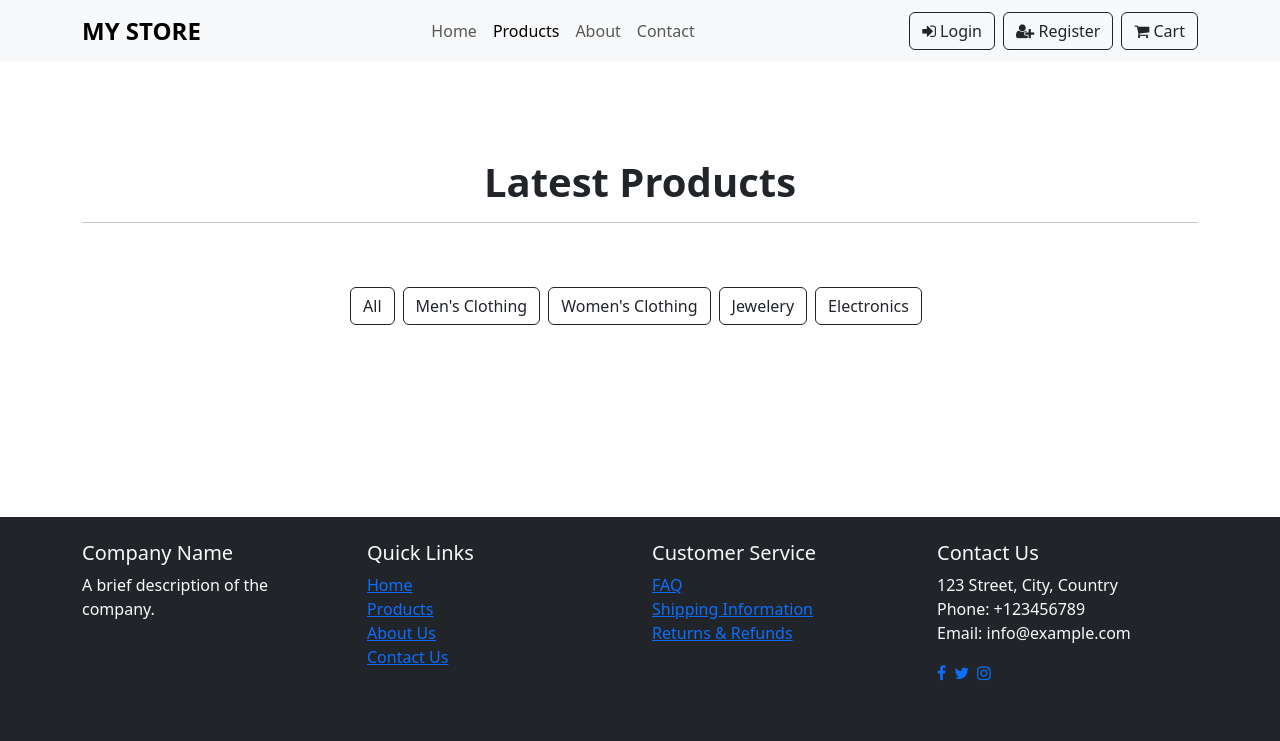
Repository: asad3407886839/E-commerce-Store
Page: /products (app in vite-project/)
An editor plug-in stored every save of this project. The page is shown before and after the next save, followed by the edit.
The browser window is 1280 px wide. The pictures show the whole page.
The page's requests for data from a server got no answer. The project was rebuilt for these pictures with package versions that can differ from the ones it lists, and the page was loaded fresh each time. No one was signed in, and anything a server would have sent is missing. Also part of the build but not shown: vite-project/vite.config.js, vite-project/src/components/Home.jsx, vite-project/src/components/Product.jsx, vite-project/src/index.css.

Above is the page before, as saved 2024-06-30 00:57:30.

### vite-project/src/main.jsx
import React from 'react';
import ReactDOM from 'react-dom/client';
import App from './App.jsx';
import './index.css';
import 'bootstrap/dist/css/bootstrap.min.css';
import 'bootstrap/dist/js/bootstrap.bundle';
import 'font-awesome/css/font-awesome.min.css';


ReactDOM.createRoot(document.getElementById('root')).render(

    <App />

);

### vite-project/src/App.jsx
// App.js
import React from 'react';
import Navbar from './components/Navbar';
import Home from './components/Home';
import Products from './components/Products';
import Product from './components/Product';
import { BrowserRouter, Routes, Route } from 'react-router-dom';
import Footer from './components/Footer';

const App = () => {
  return (
    <div>
      <BrowserRouter>
        <Navbar />
        <Routes>
          <Route path="/" element={<Home />} />
          <Route path="/products" element={<Products />} />
          <Route path="/products/:id" element={<Product />} />
        </Routes>
        <Footer/>
      </BrowserRouter>
    </div>
  );
};

export default App;

### vite-project/src/components/Navbar.jsx
import React from 'react';
import { NavLink } from 'react-router-dom';

const Navbar = () => {
  return (
    <div>
      <nav className="navbar navbar-expand-lg navbar-light bg-light">
        <div className="container">
          <NavLink className="navbar-brand fw-bold fs-4" to="/">MY STORE</NavLink>
          <button
            className="navbar-toggler"
            type="button"
            data-bs-toggle="collapse"
            data-bs-target="#navbarSupportedContent"
            aria-controls="navbarSupportedContent"
            aria-expanded="false"
            aria-label="Toggle navigation"
          >
            <span className="navbar-toggler-icon"></span>
          </button>
          <div className="collapse navbar-collapse" id="navbarSupportedContent">
            <ul className="navbar-nav mx-auto mb-2 mb-lg-0">
              <li className="nav-item">
                <NavLink className="nav-link" exact to="/">Home</NavLink>
              </li>
              <li className="nav-item">
                <NavLink className="nav-link" to="/products">Products</NavLink>
              </li>
              <li className="nav-item">
                <NavLink className="nav-link" to="/about">About</NavLink>
              </li>
              <li className="nav-item">
                <NavLink className="nav-link" to="/contact">Contact</NavLink>
              </li>
            </ul>
            <div className="buttons">
              <NavLink to="/login" className="btn btn-outline-dark">
                <i className="fa fa-sign-in"></i> Login
              </NavLink>
              <NavLink to="/register" className="btn btn-outline-dark ms-2">
                <i className="fa fa-user-plus"></i> Register
              </NavLink>
              <NavLink to="/cart" className="btn btn-outline-dark ms-2">
                <i className="fa fa-shopping-cart"></i> Cart
              </NavLink>
            </div>
          </div>
        </div>
      </nav>
    </div>
  );
};

export default Navbar;

### vite-project/src/components/Products.jsx
import React, { useState, useEffect } from 'react';
import { Link } from 'react-router-dom';

const Products = () => {
  const [data, setData] = useState([]);
  const [filter, setFilter] = useState([]);
  const [loading, setLoading] = useState(false);
  let componentMounted = true;

  useEffect(() => {
    const fetchProducts = async () => {
      setLoading(true);
      try {
        const response = await fetch('https://fakestoreapi.com/products');
        const result = await response.json();
        if (componentMounted) {
          setData(result);
          setFilter(result);
          setLoading(false);
        }
      } catch (error) {
        console.error("Error fetching data:", error);
        setLoading(false);
      }
    };

    fetchProducts();

    return () => {
      componentMounted = false;
    };
  }, []);

  if (loading) {
    return <div>Loading...</div>;
  }

  const showProducts = () => {
    return (
      <>
        <div className="buttons d-flex justify-content-center mb-5 pb-5">
          <button className="btn btn-outline-dark me-2" onClick={() => setFilter(data)}>All</button>
          <button className="btn btn-outline-dark me-2" onClick={() => setFilter(data.filter(product => product.category === 'men\'s clothing'))}>Men's Clothing</button>
          <button className="btn btn-outline-dark me-2" onClick={() => setFilter(data.filter(product => product.category === 'women\'s clothing'))}>Women's Clothing</button>
          <button className="btn btn-outline-dark me-2" onClick={() => setFilter(data.filter(product => product.category === 'jewelery'))}>Jewelery</button>
          <button className="btn btn-outline-dark me-2" onClick={() => setFilter(data.filter(product => product.category === 'electronics'))}>Electronics</button>
        </div>
        <div className="row">
          {filter.map((product) => (
            <div className="col-md-3 mb-4" key={product.id}>
              <div className="card h-100 text-center p-3 fw-bolder">
                <img
                  src={product.image}
                  className="card-img-top"
                  alt={product.title}
                  height="250px"
                />
                <div className="card-body">
                  <h5 className="card-title">{product.title}</h5>
                  <p className="card-text">${product.price}</p>
                  <Link to={`/products/${product.id}`} className="btn btn-outline-dark ms-2">
                    Buy Now
                  </Link>
                </div>
              </div>
            </div>
          ))}
        </div>
      </>
    );
  };

  return (
    <div className="container my-5 py-5">
      <div className="row">
        <div className="col-12 mb-5">
          <h1 className="display-6 fw-bolder text-center">Latest Products</h1>
          <hr />
        </div>
      </div>
      <div className="row justify-content-center">
        {showProducts()}
      </div>
    </div>
  );
};

export default Products;

### vite-project/src/components/Footer.jsx
// components/Footer.js
import React from 'react';
import { Link } from 'react-router-dom';

const Footer = () => {
  return (
    <footer className="bg-dark text-light py-4">
      <div className="container">
        <div className="row">
          <div className="col-md-3 mb-3">
            <h5>Company Name</h5>
            <p>A brief description of the company.</p>
          </div>
          <div className="col-md-3 mb-3">
            <h5>Quick Links</h5>
            <ul className="list-unstyled">
              <li><Link to="/">Home</Link></li>
              <li><Link to="/products">Products</Link></li>
              <li><Link to="/about">About Us</Link></li>
              <li><Link to="/contact">Contact Us</Link></li>
            </ul>
          </div>
          <div className="col-md-3 mb-3">
            <h5>Customer Service</h5>
            <ul className="list-unstyled">
              <li><Link to="/faq">FAQ</Link></li>
              <li><Link to="/shipping">Shipping Information</Link></li>
              <li><Link to="/returns">Returns & Refunds</Link></li>
            </ul>
          </div>
          <div className="col-md-3 mb-3">
            <h5>Contact Us</h5>
            <p>123 Street, City, Country<br />Phone: +123456789<br />Email: info@example.com</p>
            <ul className="list-unstyled list-inline">
              <li className="list-inline-item"><a href="#"><i className="fa fa-facebook"></i></a></li>
              <li className="list-inline-item"><a href="#"><i className="fa fa-twitter"></i></a></li>
              <li className="list-inline-item"><a href="#"><i className="fa fa-instagram"></i></a></li>
            </ul>
          </div>
        </div>
      </div>
    </footer>
  );
};

export default Footer;

Loaded but not shown: vite-project/index.html (common file)

After the next save:
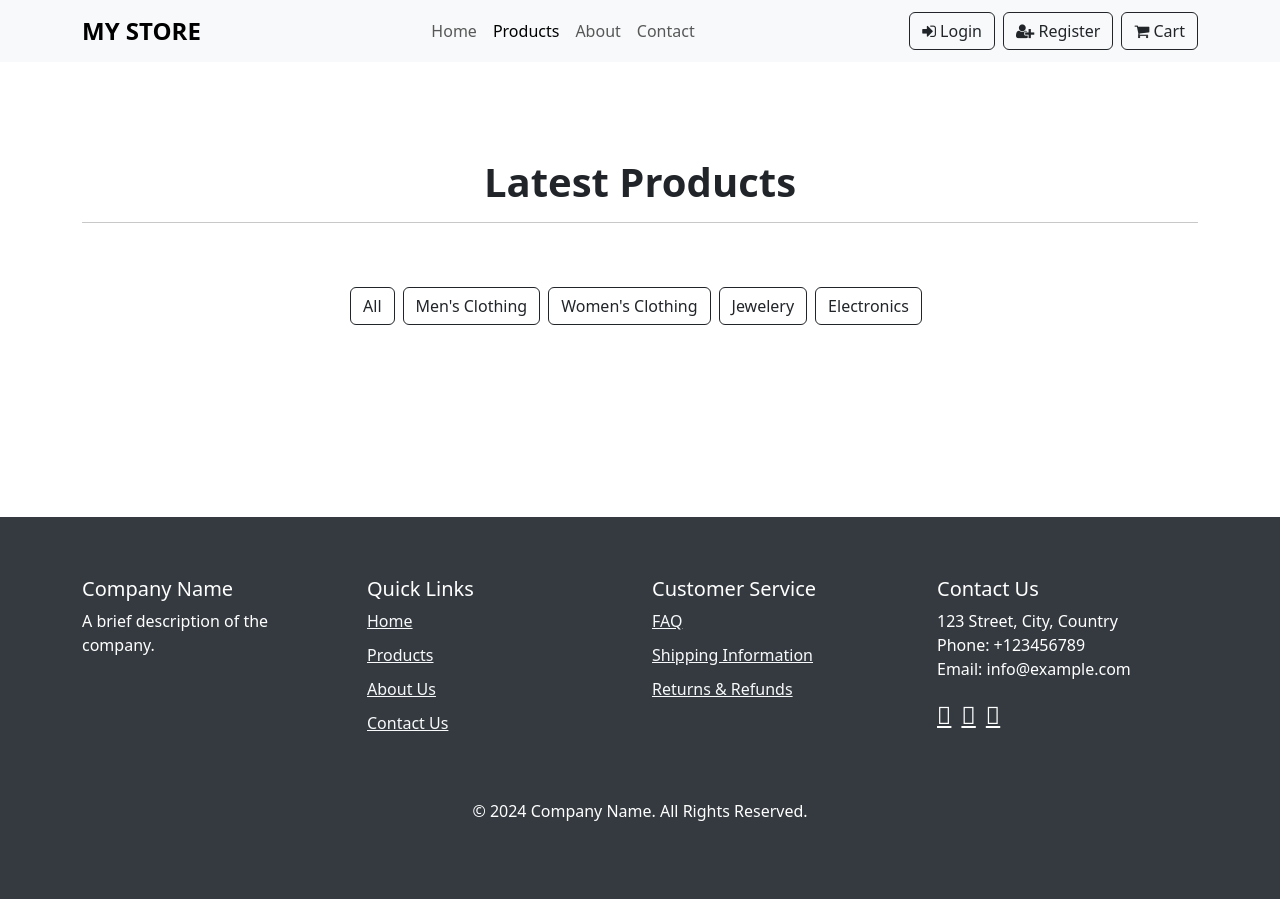
Saved 107 s later.
--- a/vite-project/src/components/Footer.jsx
+++ b/vite-project/src/components/Footer.jsx
@@ -3,41 +3,73 @@ import React from 'react';
 import { Link } from 'react-router-dom';
 
 const Footer = () => {
+  const footerStyle = {
+    backgroundColor: '#343a40',
+    color: '#fff',
+    padding: '60px 0',
+  };
+
+  const listStyle = {
+    padding: 0,
+    listStyle: 'none',
+  };
+
+  const listItemStyle = {
+    marginBottom: '10px',
+  };
+
+  const socialIconsStyle = {
+    display: 'inline-block',
+    marginRight: '10px',
+  };
+
+  const socialIconLinkStyle = {
+    color: '#fff',
+    fontSize: '24px',
+  };
+
+  const socialIconLinkHoverStyle = {
+    color: '#ffc107',
+  };
+
   return (
-    <footer className="bg-dark text-light py-4">
+    <footer style={footerStyle}>
       <div className="container">
         <div className="row">
-          <div className="col-md-3 mb-3">
+          <div className="col-md-3 mb-4">
             <h5>Company Name</h5>
             <p>A brief description of the company.</p>
           </div>
-          <div className="col-md-3 mb-3">
+          <div className="col-md-3 mb-4">
             <h5>Quick Links</h5>
-            <ul className="list-unstyled">
-              <li><Link to="/">Home</Link></li>
-              <li><Link to="/products">Products</Link></li>
-              <li><Link to="/about">About Us</Link></li>
-              <li><Link to="/contact">Contact Us</Link></li>
+            <ul style={listStyle}>
+              <li style={listItemStyle}><Link to="/" className="text-light">Home</Link></li>
+              <li style={listItemStyle}><Link to="/products" className="text-light">Products</Link></li>
+              <li style={listItemStyle}><Link to="/about" className="text-light">About Us</Link></li>
+              <li style={listItemStyle}><Link to="/contact" className="text-light">Contact Us</Link></li>
             </ul>
           </div>
-          <div className="col-md-3 mb-3">
+          <div className="col-md-3 mb-4">
             <h5>Customer Service</h5>
-            <ul className="list-unstyled">
-              <li><Link to="/faq">FAQ</Link></li>
-              <li><Link to="/shipping">Shipping Information</Link></li>
-              <li><Link to="/returns">Returns & Refunds</Link></li>
+            <ul style={listStyle}>
+              <li style={listItemStyle}><Link to="/faq" className="text-light">FAQ</Link></li>
+              <li style={listItemStyle}><Link to="/shipping" className="text-light">Shipping Information</Link></li>
+              <li style={listItemStyle}><Link to="/returns" className="text-light">Returns & Refunds</Link></li>
             </ul>
           </div>
-          <div className="col-md-3 mb-3">
+          <div className="col-md-3 mb-4">
             <h5>Contact Us</h5>
             <p>123 Street, City, Country<br />Phone: +123456789<br />Email: info@example.com</p>
-            <ul className="list-unstyled list-inline">
-              <li className="list-inline-item"><a href="#"><i className="fa fa-facebook"></i></a></li>
-              <li className="list-inline-item"><a href="#"><i className="fa fa-twitter"></i></a></li>
-              <li className="list-inline-item"><a href="#"><i className="fa fa-instagram"></i></a></li>
+            <ul className="list-inline" style={listStyle}>
+              <li className="list-inline-item" style={socialIconsStyle}><a href="#" style={socialIconLinkStyle}><i className="fab fa-facebook"></i></a></li>
+              <li className="list-inline-item" style={socialIconsStyle}><a href="#" style={socialIconLinkStyle}><i className="fab fa-twitter"></i></a></li>
+              <li className="list-inline-item" style={socialIconsStyle}><a href="#" style={socialIconLinkStyle}><i className="fab fa-instagram"></i></a></li>
             </ul>
           </div>
         </div>
+      </div>
+      <div className="text-center mt-4">
+        <p>&copy; {new Date().getFullYear()} Company Name. All Rights Reserved.</p>
       </div>
     </footer>
   );
